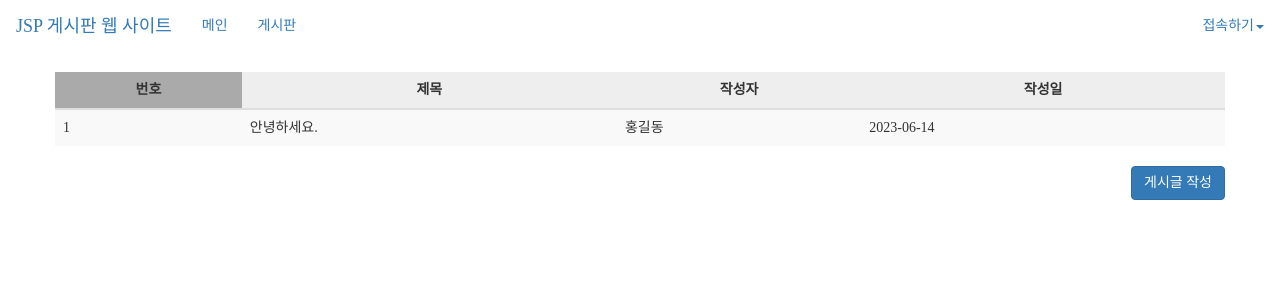
Repository: LeeJaeweon/Project
Page: http://localhost/BBS/bbs.jsp
The author's editor kept a copy of each file at every save. The page is drawn from the files as they stood at one save, then again after the next save.
The browser window is 1280 px wide. The pictures show the whole page.
Some web fonts or font styles are not loaded; a fallback is used. Some web libraries are served in a nearby version. The page is served by Tomcat 9. Other server files are loaded and not shown.

Above is the page before, as saved 2023-06-15 01:51:08.

### BBS/src/main/webapp/bbs.jsp
<%@ page language="java" contentType="text/html; charset=UTF-8"
    pageEncoding="UTF-8"%>
<%@ page import="java.io.PrintWriter" %>
<!DOCTYPE html>
<html>
<head>
<meta http-equiv="Content-Type" content="text/html; charset=UTF-8">
<meta name="viewport" content="width=device-width", initial-scale="1">
<link rel="stylesheet" href="css/bootstrap.css">
<link rel="stylesheet" href="css/custom.css">
<title>JSP 게시판 웹 사이트</title>
</head>
<body>
	<%
		String userID = null;
		if (session.getAttribute("userID") != null) {
			userID = (String) session.getAttribute("userID");
		}
	%>
	<nav class="navbar navbar=default">
		<div class="navbar-header">
			<button type="button" class="navbar-toggle collapsed"
				data-toggle="collapse" data-target="#bs-example-navbar-collapse-1"
				aria-expanded="false">
				<span class="icon-bar"></span>
				<span class="icon-bar"></span>
				<span class="icon-bar"></span>
			</button>
			<a class="navbar-brand" href="main.jsp">JSP 게시판 웹 사이트</a>
		</div>
		<div class="collapse navbar-collapse" id="bs-example-navbar-collapse-1">
			<ul class="nav navbar-nav">
				<li><a href="main.jsp">메인</a></li>
				<li class="active"><a href="bbs.jsp">게시판</a></li>
			</ul>
			<%
				if(userID == null) {
			%>
			<ul class="nav navbar-nav navbar-right">
				<li class="dropdown">
					<a href="#" class="dropdown-toggle"
						data-toggle="dropdown" role="button" aria-haspopup="true"
						aria-expanded="false">접속하기<span class="caret"></span></a>
					<ul class="dropdown-menu">
						<li><a href="login.jsp">로그인</a></li>
						<li><a href="join.jsp">회원가입</a></li>
					</ul>
				</li>
			</ul>
			<%
				} else {
			%>
			<ul class="nav navbar-nav navbar-right">
				<li class="dropdown">
					<a href="#" class="dropdown-toggle"
						data-toggle="dropdown" role="button" aria-haspopup="true"
						aria-expanded="false">회원관리<span class="caret"></span></a>
					<ul class="dropdown-menu">
						<li><a href="logoutAction.jsp">로그아웃</a></li>
					</ul>
				</li>
			</ul>
			<%
				}
			%>
		</div>
	</nav>
	<div class="container">
		<div class="row">
			<table class="table table-striped" style="text-align: border: 1px solid #dddddd">
				<thead>
					<tr>
						<th style="background-color: #aaaaaa; text-align: center;">번호</th>
						<th style="background-color: #eeeeee; text-align: center;">제목</th>
						<th style="background-color: #eeeeee; text-align: center;">작성자</th>
						<th style="background-color: #eeeeee; text-align: center;">작성일</th>
					</tr>
				</thead>
				<tbody>
					<tr>
						<td>1</td>
						<td>안녕하세요.</td>
						<td>홍길동</td>
						<td>2023-06-14</td>
					</tr>
				</tbody>
			</table>
			<a href="write.jsp" class="btn btn-primary pull-right">게시글 작성</a>
		</div>
	</div>
	<script src="http://code.jquery.com/jquery-3.1.1.min.js"></script>
	<script src="js/bootstrap.js"></script>
</body>
</html>

### BBS/src/main/webapp/css/custom.css
@import url(http://fonts.googleapis.com/earlyaccess/nanumgothic.css);
@import url(http://fonts.googleapis.com/earlyaccess/hanna.css);
* {
	font-family:  'Nanum Gothic';
}
h1 {
	font-family: 'Hanna';
}

Loaded but not shown: BBS/src/main/webapp/css/bootstrap.css (library); BBS/src/main/webapp/js/bootstrap.js (library)

After the next save:
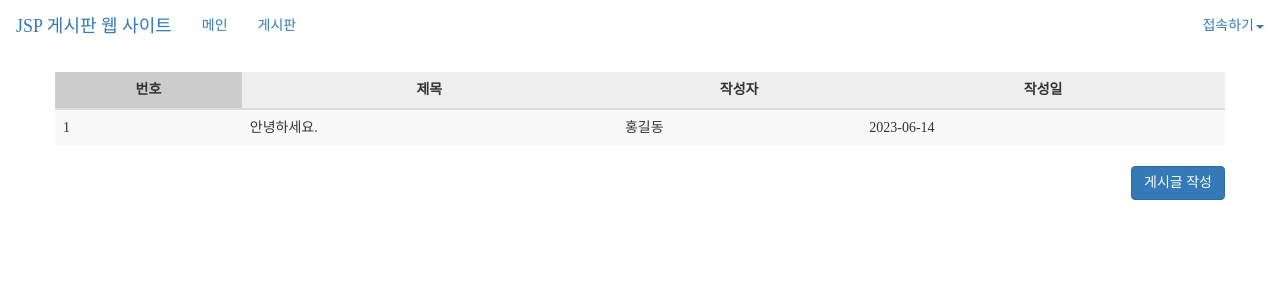
Saved 9 s later.
--- a/BBS/src/main/webapp/bbs.jsp
+++ b/BBS/src/main/webapp/bbs.jsp
@@ -70,7 +70,7 @@
 			<table class="table table-striped" style="text-align: border: 1px solid #dddddd">
 				<thead>
 					<tr>
-						<th style="background-color: #aaaaaa; text-align: center;">번호</th>
+						<th style="background-color: #cccccc; text-align: center;">번호</th>
 						<th style="background-color: #eeeeee; text-align: center;">제목</th>
 						<th style="background-color: #eeeeee; text-align: center;">작성자</th>
 						<th style="background-color: #eeeeee; text-align: center;">작성일</th>
